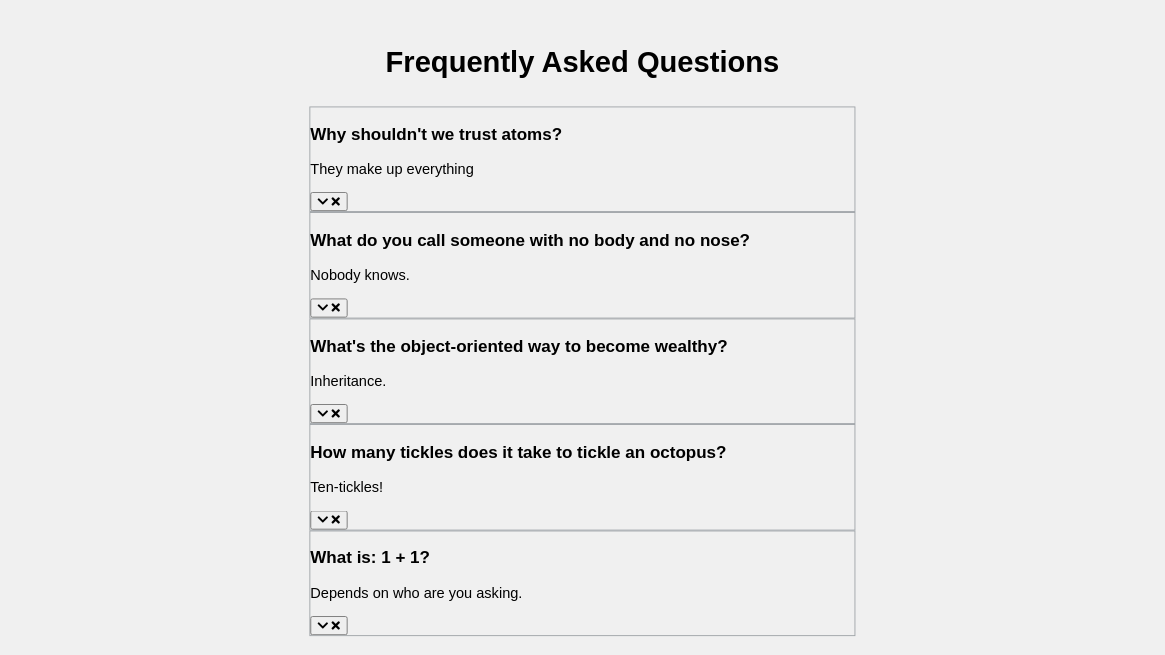
Repository: Williamlmachado/F.A.Q
Page: index.html
An editor plug-in stored every save of this project. The page is shown before and after the next save, followed by the edit.
The browser window is 1280 px wide. The pictures show the whole page, at 91% of full size.
Some web fonts or font styles are not loaded; a fallback is used. Some web libraries are served in a nearby version.

Above is the page before, as saved 2021-08-23 09:05:03.

### index.html
<!DOCTYPE html>
<html lang="en">
  <head>
    <meta charset="UTF-8" />
    <meta name="viewport" content="width=device-width, initial-scale=1.0" />
    <link rel="stylesheet" href="https://cdnjs.cloudflare.com/ajax/libs/font-awesome/5.14.0/css/all.min.css" integrity="sha512-1PKOgIY59xJ8Co8+NE6FZ+LOAZKjy+KY8iq0G4B3CyeY6wYHN3yt9PW0XpSriVlkMXe40PTKnXrLnZ9+fkDaog==" crossorigin="anonymous" />
    <link rel="stylesheet" href="style.css" />
    <title>FAQ</title>
  </head>
  <body>
    <h1>Frequently Asked Questions</h1>
    <div class="faq-container">
      <div class="faq active">
        <h3 class="faq-title">
          Why shouldn't we trust atoms?
        </h3>

        <p class="faq-text">
          They make up everything
        </p>

        <button class="faq-toggle">
          <i class="fas fa-chevron-down"></i>
          <i class="fas fa-times"></i>
        </button>
      </div>

      <div class="faq">
        <h3 class="faq-title">
          What do you call someone with no body and no nose?
        </h3>
        <p class="faq-text">
          Nobody knows.
        </p>
        <button class="faq-toggle">
          <i class="fas fa-chevron-down"></i>
          <i class="fas fa-times"></i>
        </button>
      </div>

      <div class="faq">
        <h3 class="faq-title">
          What's the object-oriented way to become wealthy?
        </h3>
        <p class="faq-text">
          Inheritance.
        </p>
        <button class="faq-toggle">
          <i class="fas fa-chevron-down"></i>
          <i class="fas fa-times"></i>
        </button>
      </div>

      <div class="faq">
        <h3 class="faq-title">
          How many tickles does it take to tickle an octopus?
        </h3>
        <p class="faq-text">
          Ten-tickles!
        </p>
        <button class="faq-toggle">
          <i class="fas fa-chevron-down"></i>
          <i class="fas fa-times"></i>
        </button>
      </div>

      <div class="faq">
        <h3 class="faq-title">
          What is: 1 + 1?
        </h3>
        <p class="faq-text">
          Depends on who are you asking.
        </p>
        <button class="faq-toggle">
          <i class="fas fa-chevron-down"></i>
          <i class="fas fa-times"></i>
        </button>
      </div>
    </div>
    <script src="script.js"></script>
  </body>
</html>

### style.css
@import url('https://fonts.googleapis.com/css?family=Muli&display=swap');

* {
  box-sizing: border-box;
}

body {
  font-family: 'Muli', sans-serif;
  background-color: #f0f0f0;
}

h1 {
  margin: 50px 0 30px;
  text-align: center;
}

.faq-container {
  max-width: 600px;
  margin: 0 auto;
}
.faq{
    background-color: transparent;
    border: 1px solid #9fa4a8;
    border-radius: ;
}

Loaded but not shown: script.js (no copy from this time; the picture is the same without it)

After the next save:
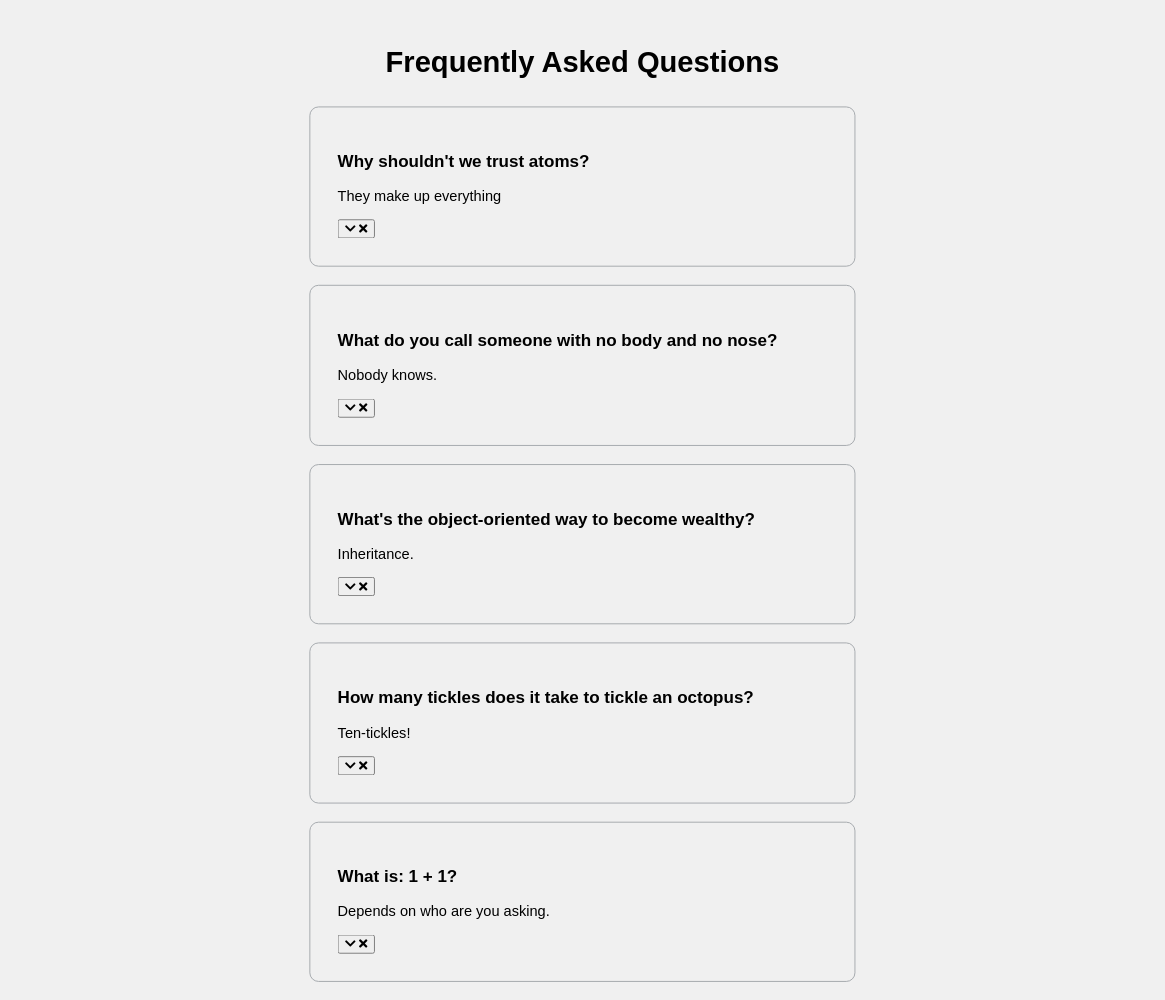
Saved 2 min 42 s later.
--- a/style.css
+++ b/style.css
@@ -21,5 +21,8 @@ h1 {
 .faq{
     background-color: transparent;
     border: 1px solid #9fa4a8;
-    border-radius: ;
+    border-radius: 10px;
+    margin: 20px 0;
+    padding: 30px;
+    position: ;
 }
